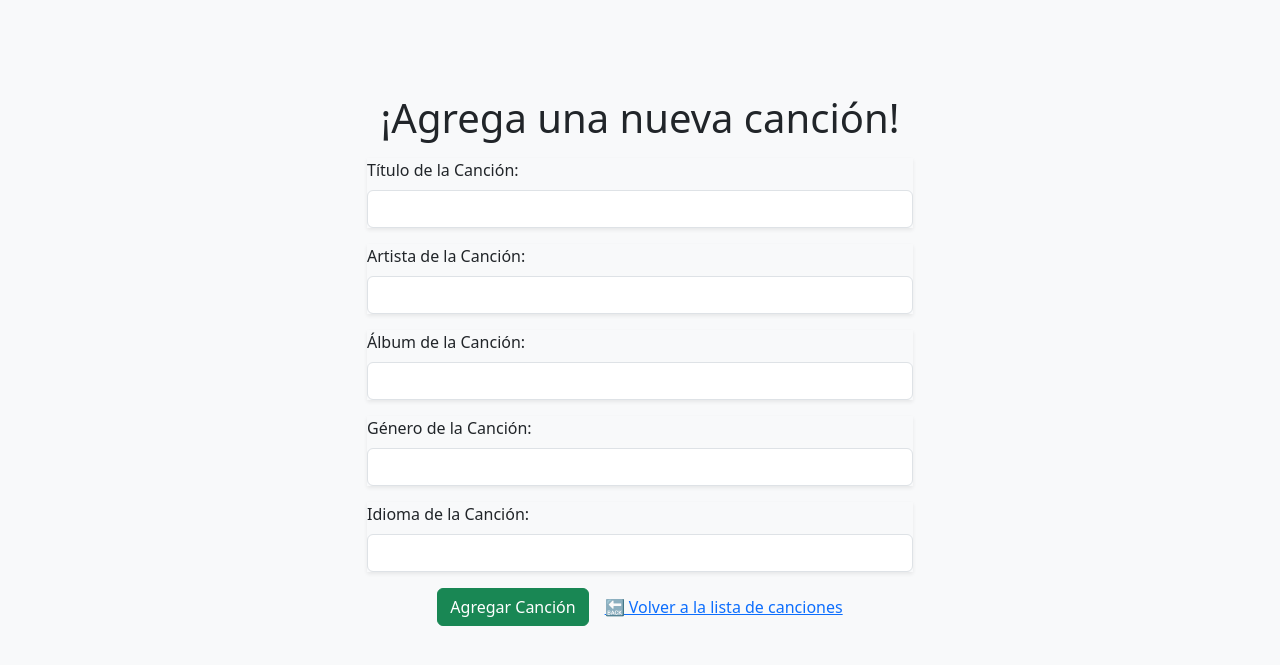
Repository: mariavanez/eliminar_canciones
Page: http://localhost/Canciones/WEB-INF/agregarCancion.jsp
The author's editor kept a copy of each file at every save. The page is drawn from the files as they stood at one save, then again after the next save.
The browser window is 1280 px wide. The pictures show the whole page.
The page is served by Tomcat 9. Nobody is signed in. The template is opened directly, without the code that normally fills it, so the values that code supplies are empty.

Above is the page before, as saved 2025-02-09 18:10:28.

After the next save:
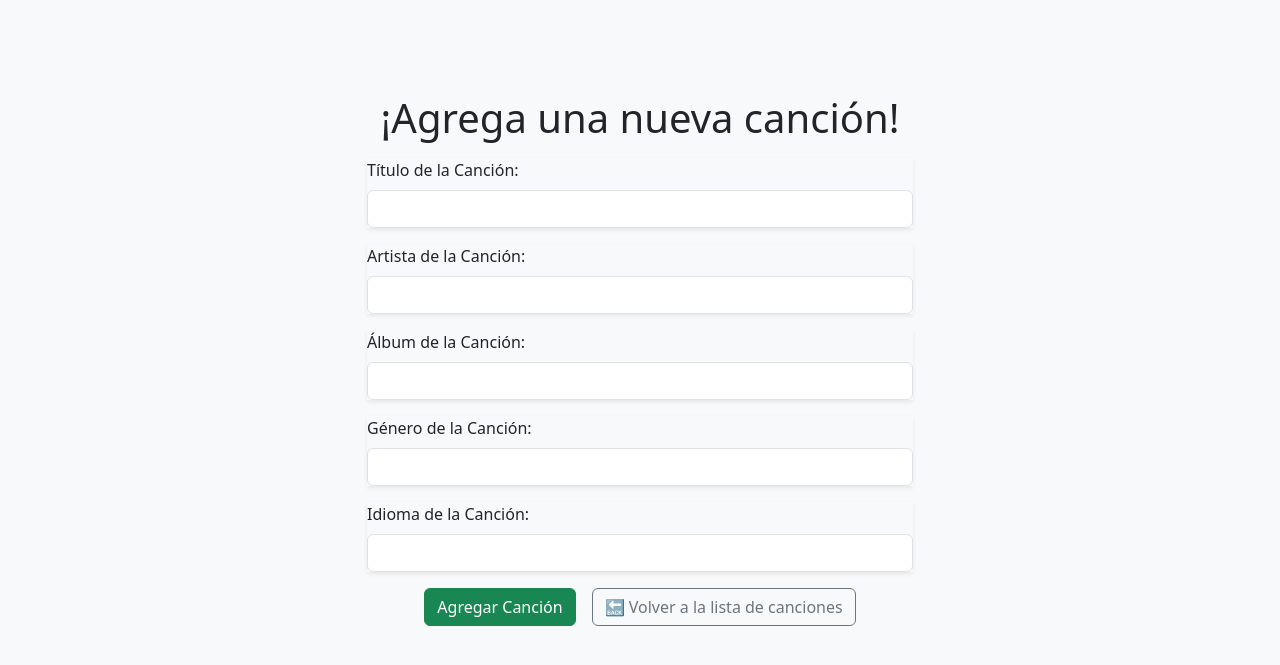
Saved 71 s later.
--- a/Canciones/src/main/webapp/WEB-INF/agregarCancion.jsp
+++ b/Canciones/src/main/webapp/WEB-INF/agregarCancion.jsp
@@ -42,7 +42,7 @@
 					</div>
 					<div class="d-flex justify-content-center align-items-center gap-3">
 						<button type="submit" class="btn btn-success">Agregar Canción</button>
-						<a href="/canciones">🔙 Volver a la lista de canciones</a>
+						<a href="/canciones" class="btn btn-outline-secondary">🔙 Volver a la lista de canciones</a>
 					</div>
 				</form:form>
 			</div>
